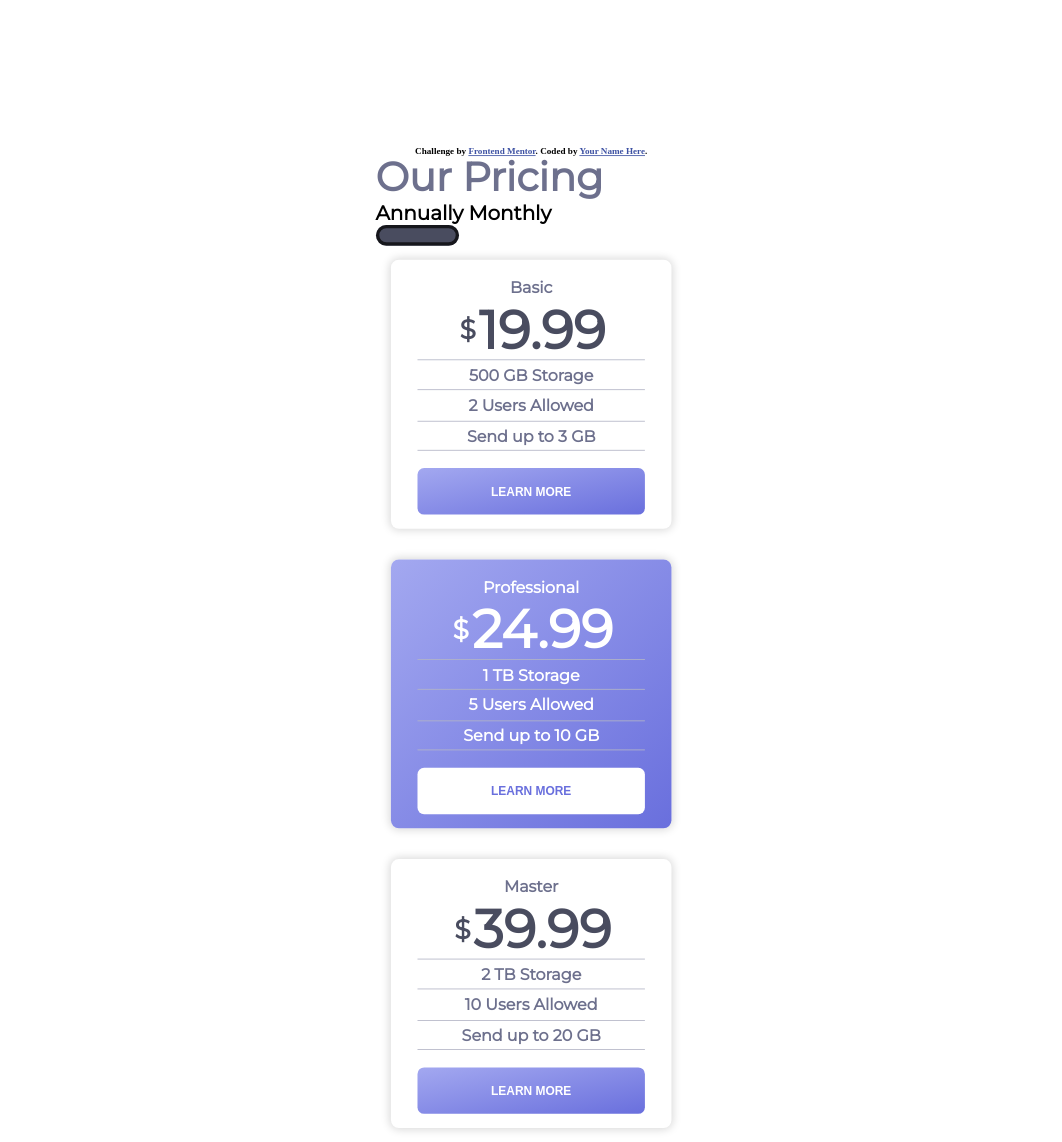
Repository: JuzzJoel/pricing-component-with-toggle-master
Page: index.html
The author's editor kept a copy of each file at every save. The page is drawn from the files as they stood at one save, then again after the next save.
The browser window is 1280 px wide. The pictures show the whole page, at 83% of full size.

Above is the page before, as saved 2025-05-24 11:49:48.

After the next save:
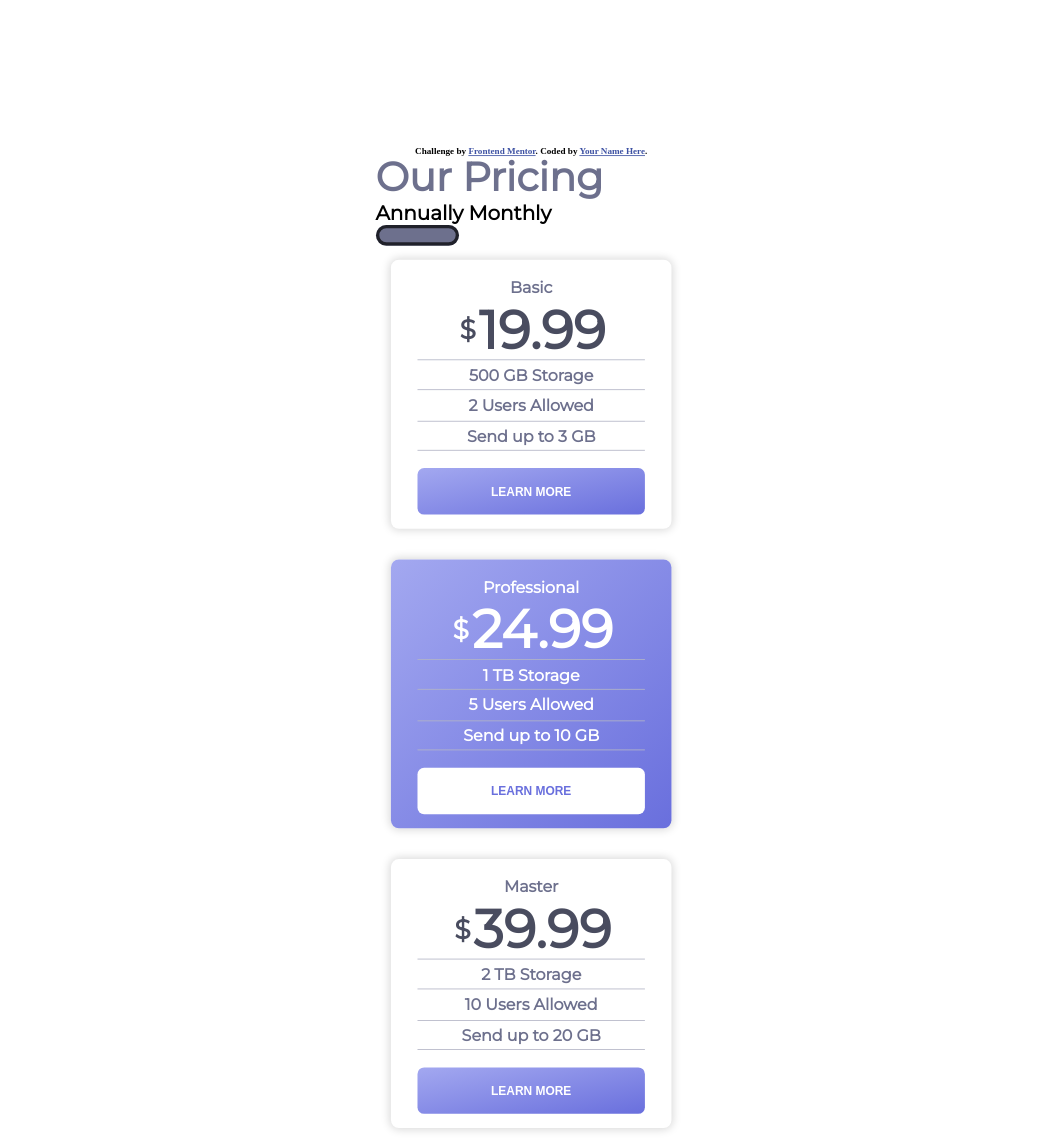
Saved 24 s later.
--- a/index.html
+++ b/index.html
@@ -91,7 +91,7 @@
       width: 100px;
       height: 25px;
       position: relative;
-      background: var(--clr-sec-acc);
+      background: var(--clr-sec);
       padding: 10px;
       border-radius: 3rem;
 
